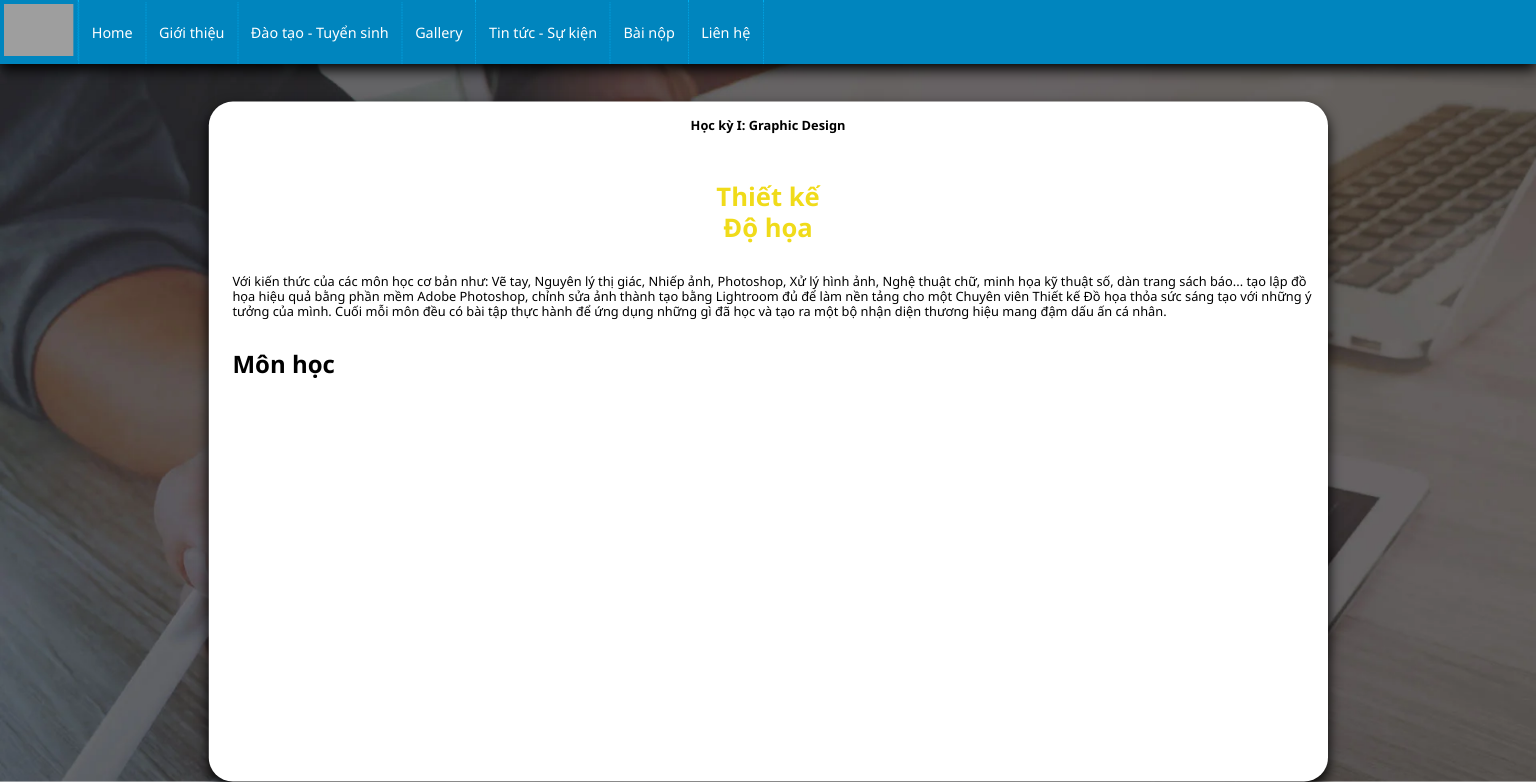
Repository: arena-dttan/dcw-final-exam-d2107m1
Page: final-list/DCW_Final_5_Nguyen-Thi-Thu-Huong_D2107M1/chuong-trinh-dao-tao.html
These files come from the project's save history. The page is drawn as it stood at one moment and after a run of saves; the edit follows.
The browser window is 1280 px wide. The page is 1920 px wide, so the pictures cover 1920 px, including what lies to the right of the window. The pictures show the whole page, at 80% of full size.
Pictures or frames that could not be fetched are drawn as grey boxes.

Above is the page before, as saved 2022-06-26 19:50:49.

After the next 4 saves:
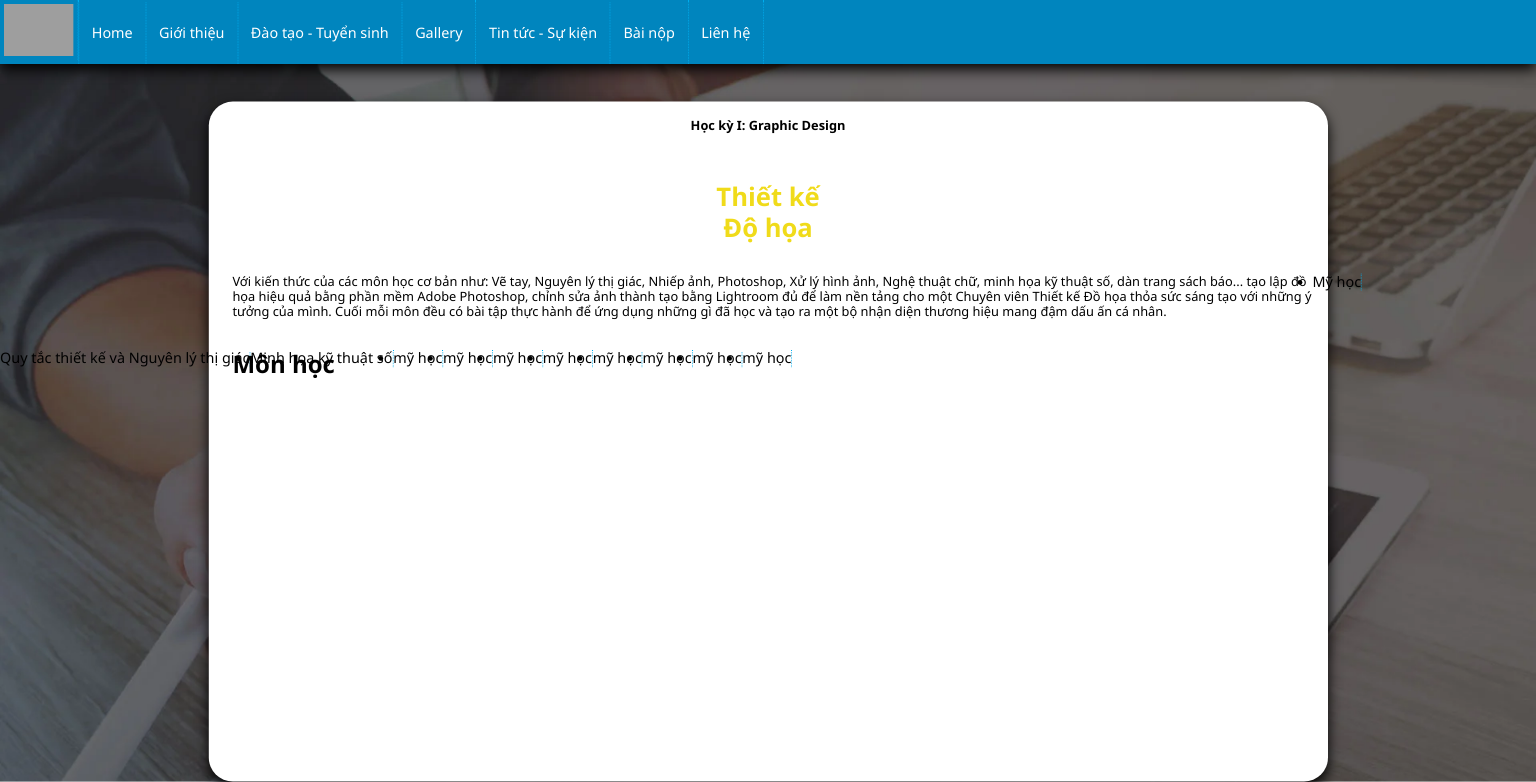
The 4 saves are shown as one change because they came seconds apart.
The last was saved 9 s later.
--- a/final-list/DCW_Final_5_Nguyen-Thi-Thu-Huong_D2107M1/chuong-trinh-dao-tao.html
+++ b/final-list/DCW_Final_5_Nguyen-Thi-Thu-Huong_D2107M1/chuong-trinh-dao-tao.html
@@ -87,4 +87,19 @@
         </div>
     </div>
 </body>
+<body>
+    <ul class="a b">
+        <li>Mỹ học</li>
+        <li>Quy tắc thiết kế và Nguyên lý thị giác</li>
+        <li>Minh họa kỹ thuật số</li>
+        <li>mỹ học</li>
+        <li>mỹ học</li>
+        <li>mỹ học</li>
+        <li>mỹ học</li>
+        <li>mỹ học</li>
+        <li>mỹ học</li>
+        <li>mỹ học</li>
+        <li>mỹ học</li>
+       </ul>
+</body>
 </html>
